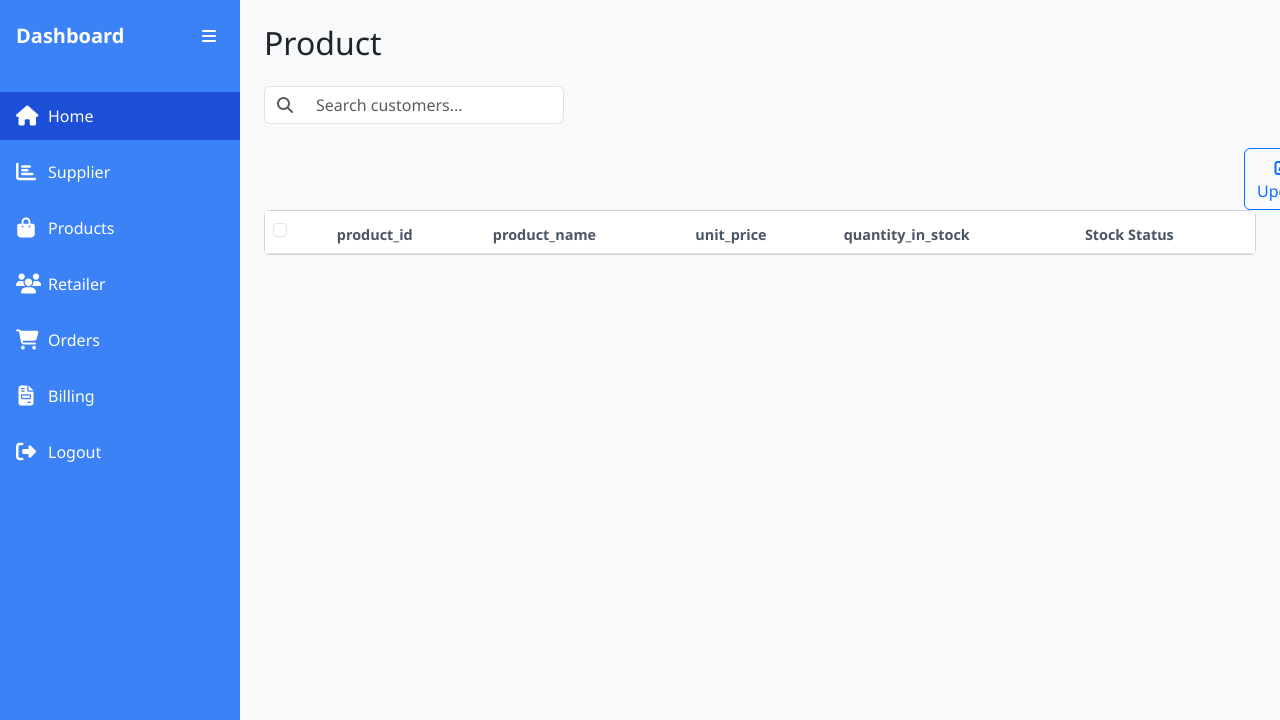
Repository: AditiAjitSalvi/Inventory_Managment
Page: http://localhost/Paper_inventory/Product.jsp
The author's editor kept a copy of each file at every save. The page is drawn from the files as they stood at one save, then again after the next save.
The browser window is 1280 px wide. The pictures show the whole page.
The page is served by Tomcat 10. Queries for data that is not in the repository find no rows.

Above is the page before, as saved 2025-06-03 05:54:37.

After the next save:
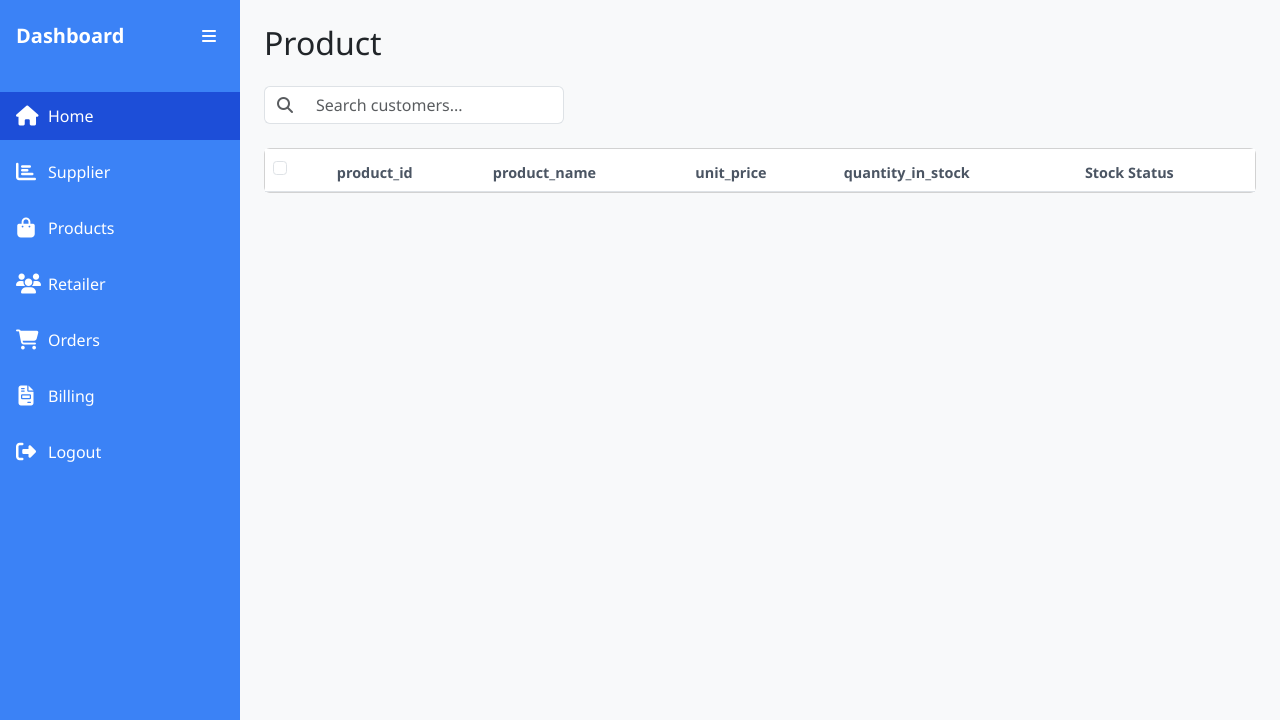
Saved 81 s later.
--- a/Paper_inventory/Paper_inventory/src/main/webapp/Product.jsp
+++ b/Paper_inventory/Paper_inventory/src/main/webapp/Product.jsp
@@ -314,13 +314,7 @@ body {
 						</button>
 					</div>
 				</div>
-				<div class="d-flex"
-					style="right: 50px; top: 150px; display: flex; gap: 10px; margin-left: 980px;">
-					<button class="btn btn-outline-primary me-2">
-						<i class="fa fa-edit me-1"></i> <span>Update</span>
-					</button>
-
-				</div>
+
 
 
 				<div class="card">
